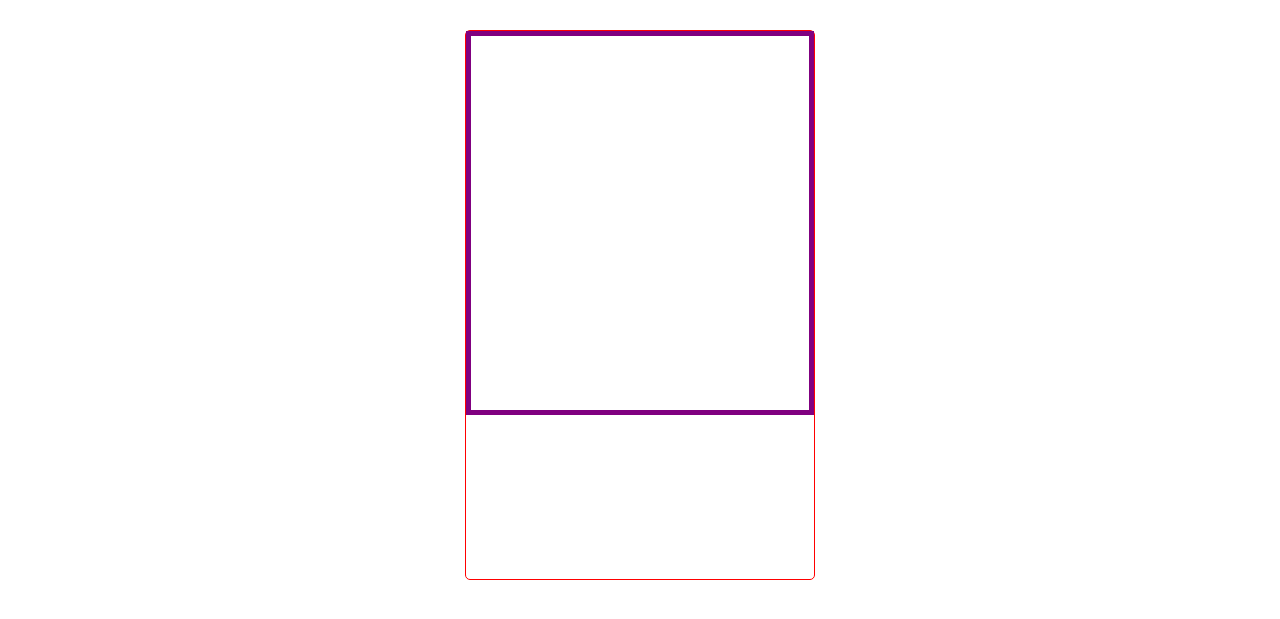
Repository: OfirLana/Calculator
Page: index.html
The author's editor kept a copy of each file at every save. The page is drawn from the files as they stood at one save, then again after a run of saves.
The browser window is 1280 px wide. The pictures show the whole page.

Above is the page before, as saved 2019-03-12 18:08:39.

After the next 2 saves:
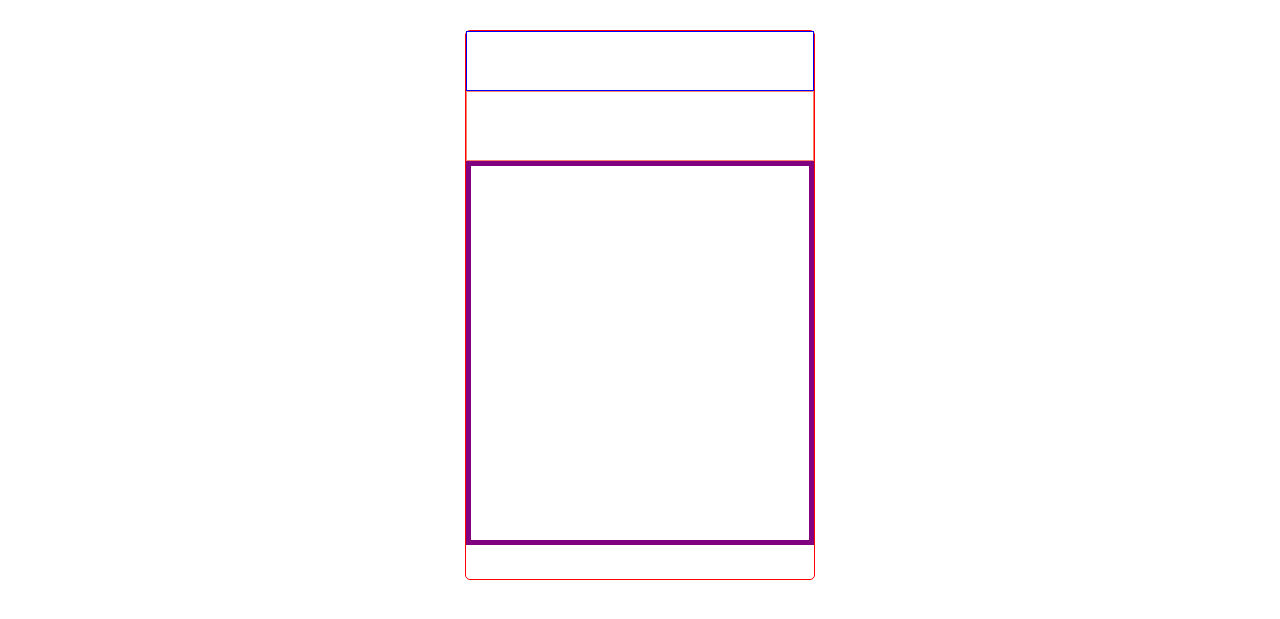
The 2 saves are shown as one change because they came seconds apart.
The last was saved 10 s later.
--- a/style.css
+++ b/style.css
@@ -36,7 +36,7 @@ body {
     justify-content: space-between
 }
 
-.main_out_put {
+.main_output {
     display: flex;
     border: 1px solid blue;
     height: 6rem;
@@ -44,7 +44,7 @@ body {
 
 }
 
-.sub_out_put {
+.sub_output {
     display: flex;
     border: 1px solid salmon;
     height: 7rem;
